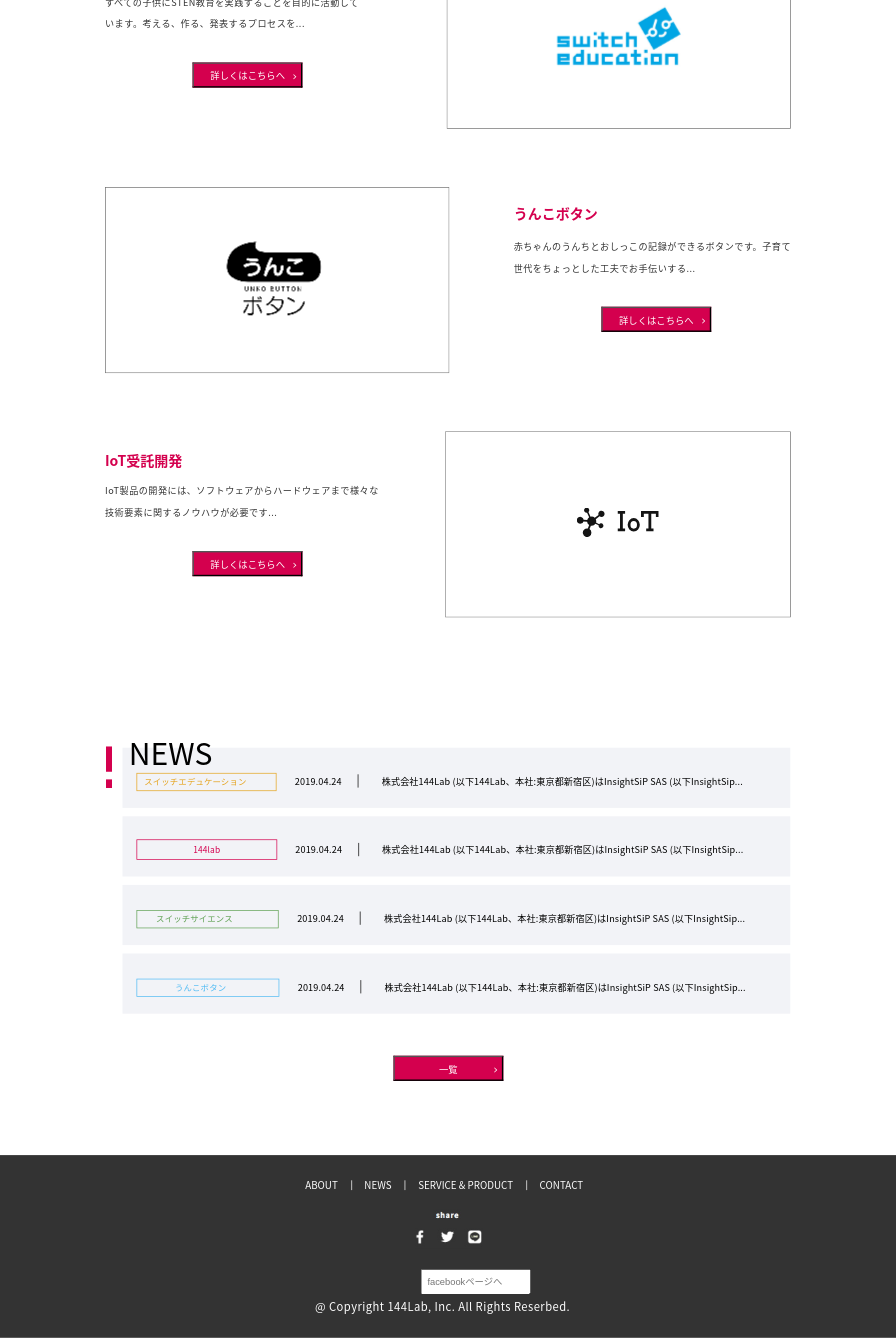
Repository: ppmp556/light-up-git
Page: index.html
An editor plug-in stored every save of this project. The page is shown before and after the next save, followed by the edit.
The browser window is 1280 px wide. The pictures show the part of the page from y = 2043 to 3963 px (the page is 3963 px tall), at 70% of full size.

Above is the page before, as saved 2019-12-27 21:18:12.

### index.html
<!DOCTYPE html>
<html lang="ja">
    <head>
        <meta charset="UTF-8">
        <meta name="viewport" content="width=device-width, initial-scale=1.0">
        <link rel="stylesheet" href="main.css/main.css"  type="text/css">
        <link rel="img" href="images.svg/">
        <title>模写</title>
    </head>
    <body>
        <header class="header">
                <img class="greenbox" src="images.svg/グループ 127.svg">
                <img class="small-redbox" src="images.svg/グループ 152.svg">
                <img class="redboxs" src="images.svg/グループ 148.svg">
                <img class="small-yellowbox" src="images.svg/グループ 149.svg">
                <img class="gray-boxs" src="images.svg/グループ 150.svg">
                <img class="middle-redbox" src="images.svg/グループ 151.svg">
                <img class="big-redbox" src="images.svg/グループ 153.svg">
                <img class="graybox" src="images.svg/グループ 147.svg">
                <h1><img class="nav-logo" src="images.svg/yEVqXX.svg" alt="144lab"></h1>
                <nav class="global-nav">


                        <ul class="nav-itembox">
                            <li><a href="#">ABOUT<br><span class="small">企業情報</span></a></li>
                            <li><a href="#">NEWS<br><span class="small">ニュース</span></a></li>
                            <li><a href="#">SERVICE & PRODUCT<br><span class="small">サービス&製品情報</span></a></li>
                            <li><a href="#">CONTACT<br><span class="small">お問い合わせ</span></a></li>
                        </ul>
                </nav>

                    <h1 class="site-title"><a href="#">Light Up  <br>Your <br>Science </a></h1>
                    <p class="site-title-sub">- 科学をともそう -<br>
                                                <span class="small2">イチヨンヨンラボ</span></p>

        </header>
        <main>
             <section class="about">
              <div class="about-container">
                <img class="exclamation" src="images.svg/グループ 145.svg">
                <h2 class="about-title">ABOUT</h2>
                <div class="about-box">
                                    <p class="about-text">私たちの社会は、10年前、100年前、あるいは1000年前よりも確実に進化しています。科学こそが社会を進化させ、幸せを
                                        つくり出したのだと信じています。科学は与えられるものではなく、私たち自身が開拓し、進化させていくものです。144Labは、
                                        科学に触れ、さらなる開拓と進化に参加する人々を、ちょっとだけお手伝いします。
                                    </p>
                 </div>
                 <button class="redbutton">企業情報</button>
               </div>
            </section>

            <section class="product">
                    <img class="exclamation-product" src="images.svg/グループ 145.svg">
                    <h2 class="product-title">SERVICE & PRODUCT</h2>
                    <ul class="product-wrapper">
                                <li class="product-box">
                                    <img class="product-image-switch" src="images.svg/logo-switch_science.svg">

                                    <div class="text-button">
                                    <h3 class="product-red">株式会社スイッチサイエンス</h3>
                                        <p class="product-text">
                                            最先端のテクノロジーを、より多くの人々が道具として当たり<br>
                                            前に使える世界を目指して活動しています...
                                        </p>
                                        <button class="redbutton2">詳しくはこちらへ</button>
                                    </div>
                            </li>
                                <li class="product-box">
                                    <img class="product-image-education" src="images.svg/logo-switch_education.svg">
                                    <div class="text-button">
                                        <h3 class="product-red2">株式会社スイッチエデュケーション</h3>
                                        <p class="product-text">
                                            すべての子供にSTEN教育を実践することを目的に活動して<br>
                                            います。考える、作る、発表するプロセスを...
                                        </p>
                                        <button class="redbutton2">詳しくはこちらへ</button>
                                    </div>
                                </li>
                                <li class="product-box">
                                    <img class="product-image-fit" src="images.svg/main_3648.fit-scale.svg">
                                    <div class="text-button">
                                        <h3 class="product-red">うんこボタン</h3>
                                            <p class="product-text">
                                                赤ちゃんのうんちとおしっこの記録ができるボタンです。子育て<br>
                                                世代をちょっとした工夫でお手伝いする...
                                            </p>
                                            <button class="redbutton2">詳しくはこちらへ</button>
                                    </div>
                                </li>

                                <li class="product-box">
                                    <img class="product-image-iot" src="images.svg/グループ 183.svg">
                                    <div class="text-button">
                                        <h3 class="product-red2">IoT受託開発</h3>
                                        <p class="product-text">
                                            IoT製品の開発には、ソフトウェアからハードウェアまで様々な<br>
                                            技術要素に関するノウハウが必要です...

                                        </p>
                                        <button class="redbutton2">詳しくはこちらへ</button>
                                　　　</div>
                                </li>
                    </ul>
        </section>
        <section class="news">
             <div class="news-container">

                <img class="exclamation" src="images.svg/グループ 145.svg">
                <h2 class="news-title">NEWS</h2>
                 <ul class="list">
                     <article>
                    <li class="list-item">
                        <div class="list-wrap">
                            <span class="category-education">スイッチエデュケーション</span>
                            <time class="date">2019.04.24</time>
                            <span class="category-news">株式会社144Lab (以下144Lab、本社:東京都新宿区)はInsightSiP SAS (以下InsightSip...</span>
                        </div>
                    </li>
                     </article>
                     <article>
                    <li class="list-item">
                        <div class="list-wrap">
                            <span class="category-lab">144lab</span>
                            <time class="date">2019.04.24</time>
                            <span class="category-news">株式会社144Lab (以下144Lab、本社:東京都新宿区)はInsightSiP SAS (以下InsightSip...</span>
                        </div>
                    </li>
                    </article>
                    <article>
                    <li class="list-item">
                        <div class="list-wrap">
                            <span class="category-sience">スイッチサイエンス</span>
                            <time class="date">2019.04.24</time>
                            <span class="category-news">株式会社144Lab (以下144Lab、本社:東京都新宿区)はInsightSiP SAS (以下InsightSip...</span>
                        </div>
                    </li>
                    </article>
                    <article>
                    <li class="list-item">
                        <div class="list-wrap">
                            <span class="category-fit">うんこボタン</span>
                            <time class="date">2019.04.24</time>
                            <span class="category-news">株式会社144Lab (以下144Lab、本社:東京都新宿区)はInsightSiP SAS (以下InsightSip...</span>
                        </div>
                    </li>
                    </article>
                </ul>
                <button class="redbutton3">一覧</button>
             </div>

        </section>
        </main>
        <footer class="footer">
            <nav>
                <ul class="footer-itembox">
                    <li>ABOUT</li>
                    <li>NEWS</li>
                    <li>SERVICE & PRODUCT</li>
                    <li>CONTACT</li>
                </ul>
            </nav>
              <div class="share-search">
                <img class="share-logo" src="images/logo-kamome_engineering.png">
                <img class="share-logo" src="images.svg/logo-kamome_engineering.svg">
                <input class="search-input" type="text" name="search" placeholder="  facebookページへ">
                <p class="copyright">@ Copyright 144Lab, Inc. All Rights Reserbed.</p>
            </div>
            </footer>
    </body>
</html>

### main.css/main.css
/*CSS共通*/
@charset "UTF-8";



html, body, div, span, applet, object, iframe,
h1, h2, h3, h4, h5, h6, p, blockquote, pre,
a, abbr, acronym, address, big, cite, code,
del, dfn, em, img, ins, kbd, q, s, samp,
small, strike, strong, sub, sup, tt, var,
b, u, i, center,
dl, dt, dd, ol, ul, li,
fieldset, form, label, legend,
table, caption, tbody, tfoot, thead, tr, th, td,
article, aside, canvas, details, embed,
figure, figcaption, footer, header, hgroup,
menu, nav, output, ruby, section, summary,
time, mark, audio, video,img {
	margin: 0;
	padding: 0;
	border: 0;
	font-style:normal;
	font-weight: normal;
	font-size: 100%;
	vertical-align: baseline;
}
article, aside, details, figcaption, figure,
footer, header, hgroup, menu, nav, section {
	display: block;
}
html{overflow-y: scroll;}
blockquote, q {quotes: none;}
blockquote:before, blockquote:after,q:before, q:after {content: ''; content: none;}
input, textarea {margin: 0; padding: 0;}
ol, ul{list-style:none;}
table{border-collapse: collapse; border-spacing:0;}
caption, th{text-align: left;}
a:focus {outline:none;}

body {
    color: #000000;
    background-color: #ffffff;
    font-family: "Noto Sans CJK JP";
    width: 1280px;
    margin-right: auto;
    margin-left : auto;
}

*,*::before, *::after {
    box-sizing: border-box;
}

a:link, a:visited, a:hover, a:active { /*テキストデフォルト下線外し*/
    text-decoration: none;
    color: black;
}


/*css共通ここまで*/

/*オブジェクト*/

.greenbox {
    position: absolute;
    top: -176px;
    left: 150px;
    opacity: 5;

}
.small-redbox {
    position: absolute;
    top: 255.2px;
    left: 603.2px;
}
.redboxs {
   position: absolute;
   top: 222.31px;
   left: 372.97px;

}

.small-yellowbox {
    position: absolute;
    top: 599.7px;
    left: 832.48px;
}
.gray-boxs {
    position: absolute;
    top: 124.2px;
    left: 881.85px;
}
.middle-redbox {
    position: absolute;
    top: 205.6px;
    left: 452.24px;

}
.big-redbox {
    position: absolute;
    top: 266.3px;
    left: 532.3px;
}
.graybox {
    top: 604.4px;
    left: 77.1px;
    position: absolute;
}

/*オブジェクトここまで*/

/*header*/
.header {
    position: relative;
    max-width: 1280px;
    height: 793px;
    background-color: #ffffff;
    text-align: center;
    margin: 0 150px;
}

    /*サイトタイトル*/
    .site-title {
        position: absolute;
        top: 209.5px;
        text-align: left;
        font-size: 76px;
        font-family: 'ITC Avant Garde Gothic';
        line-height: 1.14;
        letter-spacing: 0.075em;
    }
    .site-title a {
        text-decoration: none;
        color: #d4004e;
    }
    /*サイトタイトルここまで*/
    /*サイトサブタイトル*/
    .site-title-sub {
        color: #d4004e;
        position: absolute;
        font-weight: bold;
        font-size: 16px;
        line-height: 1.875;
        letter-spacing: 0.4em;

        top: 507px;
        left: 5px;
    }

    .small2 {
        font-size: 12px;
        font-weight: bold;
        letter-spacing: 0.4em;
        line-height: 2.5px;
    }
    /*サイトサブタイトルここまで*/

/*グローバルナビゲーション*/
.global-nav { /*ナビ大枠*/
    position: relative;
    top: 59px;
    width: 974.5px;
    height: 77px;
    background-color: #ffffff;
    margin: 20px;
    box-shadow: 4px 4px 1px rgba(0, 0, 0, 0.16);
    box-sizing: border-box;
}


.nav-logo { /*ナビのロゴ*/
    width: 168px;
    height: 34px;
    position: absolute;
    margin: 0;
    top: 80px;
    left: 37px;

}

.nav-itembox { /*ナビメニュー*/
    position: absolute;
    display: flex;
    width: 607px;
    height: 35px;
    top: 21px;
    left:  321px;
    padding: 0;
    margin: 0;
}

.nav-itembox li { /*ナビテキスト*/
    list-style: none;
    text-align: center;
    font-size: 14px;
    font-weight: normal;
    line-height: 1.5;
    flex-grow: 1; /*flexの余白分配比率指定*/
}

.nav-itembox  li + li:before { /*ナビの短い縦線,隣接セレクタ,疑似要素*/

    border-left: 1px solid #000000;
    position: absolute;
    display: block;
    content: "";
    top: 50%; /*縦方向に50%*/
    height: 14px;
    margin-top: -7px;

}

.small {
    font-size: 10px;


}


/*グローバルナビゲーションここまで*/

/*アバウトここから*/
.exclamation {
    position: relative;
    top: 119.6px;
    width: 9px;
    height: 60.41px;
}

.about {
    width: 1280px;
    height: 558px;
    position: relative;
    margin-bottom: 118.6px;


}

.about-container {
    top: 107.1px;
    right: 151px;
    width: 977.95px;
    height: 332.28px;
    position: absolute;
}

.about-box {
    position: relative;
    left: 24px;
    width: 953.95px;
    height: 282.5px;
    padding: 66px 55px 62.5px 66px;
    background-color: #f2f3f7;
    z-index: -1;

}

.about-title {
    position: relative;
    font-size: 43px;
    line-height: 1.3;
    width: 137px;
    height: 57px;
    top: 36px;
    margin-left: 23.9px;
}

/*
.about-title::before {
    width: 9px;
    height: 60.41px;
    content: "! ";
    color: #D4004E;
    position: absolute;
    left: -23.9px;

}
*/
.about-text {
    text-align: left;
    background-color: #f2f3f7;
    font-size: 17px;
    letter-spacing: 0.02em;
    line-height: 2.35;
    width: 833px;
    height: 154px;
}

button {
    background-color: #D4004E;
    color: #ffffff;
    font-family: "Noto Sans CJK JP";
}

.redbutton { /*赤ボタン大枠*/
    position: relative;
    font-size: 13px bold;

    justify-content: center;
    align-items: center;

    line-height: 1.3;
    left: 410.82px;
    width: 157.12px;
    height: 35.8px;
    display: inline-block;

    top: -17.9px;

}
.redbutton::before { /*疑似要素*/
    content: '';
    width: 5.31px;
    height: 5.31px;
    border-top: solid 1px #ffffff;
    border-right: solid 1px #ffffff;
    transform: rotate(45deg);/*rotateで要素回転指定,角度deg: 45°*/
    position: absolute;
    top: 50%;
    left: 139.9px;
}

/*アバウトここまで*/

/*プロダクトここから*/

.exclamation-product {
    position: relative;
    top: 83.8px;
    width: 9px;
    height: 60.41px;

}

.product { /*プロダクト大枠*/
    position: relative;
    width: 980px;
    height: 1426.28px;
    left: 150px;
    bottom: 50px;

}


.product-title { /*プロダクトタイトル*/
    position: relative;
    font-size: 43px;
    line-height: 1.3;

    left: 32.95px;

}

/*
.product-title::before {
    width: 9px;
    height: 60.41px;
    content: "! ";
    color: #D4004E;
    position: absolute;
    left: -23.9px;

}
*/

.product-wrapper {
    list-style: none;
    margin-top: 60px;

}

.product-box {
    display: flex;
    justify-content: space-between;

}


li.product-box:nth-child(even) {
    flex-direction: row-reverse;
}
/*スイッチサイエンス*/
.product-image-switch {
    border: 1px solid #707070;
    background-color: #ffffff;
    padding: 74px 106px 75.6px 117px;
    margin-bottom: 74px;
    z-index: 2;
}


/*スイッチエデュケーション*/
.product-image-education {
    border: 1px solid #707070;
    background-color: #ffffff;
    margin-bottom: 83px;
    padding: 72px 105px;
    z-index: 2;
}
/*うんこボタン*/
.product-image-fit {
    border: 1px solid #707070;
    background-color: #ffffff;
    margin-bottom: 83px;
    padding: 74px 106px 75.6px 117px;
}
/*IoT受託開発*/
.product-image-iot {
    border: 1px solid #707070;
    background-color: #ffffff;
    padding: 108.1px 188.4px 114.1px 187.3px;

}

/*プロダクト会社名*/
.product-red {
    position: relative;
    color: #D4004E;
    font-size: 20px;
    font-weight: bold;
    flex-direction: column;
    top: 23px;


}
.product-red2 {
    position: relative;
    color: #D4004E;
    font-size: 20px;
    font-weight: bold;
    flex-direction: column;
    top: 26px;


}


.product-text {
    color: #333333;
    font-size: 13px;
    letter-spacing: 0.055em;
    line-height: 2.38;
    margin-top: 41px;
    text-align: left;
}


.redbutton2 { /*product用赤ボタン大枠*/
    position: relative;
    font-size: 13px bold;
    display: inline-block;
    align-items: center;

    line-height: 1.3;
    left: 125.3px;
    width: 157.12px;
    height: 35.8px;

    top: 39.6px;
    margin-top: auto;

}

.redbutton2::before { /*疑似要素*/
    content: '';
    width: 5.31px;
    height: 5.31px;
    border-top: solid 1px #ffffff;
    border-right: solid 1px #ffffff;
    transform: rotate(45deg);/*rotateで要素回転指定,角度deg: 45°*/
    position: absolute;
    top: 50%;
    left: 139.9px;
}


/*プロダクトここまで*/
/*newsここから*/
.news { /*news大枠*/
    position: relative;
    width: 978px;
    height: 499.28px;
    left: 151px;
    top: 73.6px;
    margin-bottom: 181px;

}

.news-title { /*newsタイトル*/
    position: relative;
    font-size: 43px;
    line-height: 1.3;
    top: 35px;
    left: 32.95px;
}

/*
.news-title::before {
    width: 9px;
    height: 60.41px;
    content: "! ";
    color: #D4004E;
    position: absolute;
    left: -23.9px;

}
*/

.list{ /*履歴大枠*/
    border: #707070;
    list-style: none;
    position: relative;
    left: 24px;
    z-index: -1;

}



.list-item {
    height: 86px;
    width: 954px;
    margin-bottom: 12px;
    background: #f2f3f7;
    display: flex;

}


.list-wrap {
    position: relative;
    top: 33px;
    left: 20px;
    font-size: 13px;
    letter-spacing: 0.015em;
    line-height: 2.38;
    flex-grow: 1;
}


.date {
    padding-left: 23px;
    padding-right: 22.9px;
    border-right: 1px solid #000000;
}

.category-news {
    padding-left: 30.1px;
}


span.category-education {
    border: 1px solid #e5a31c;
    padding: 5px 42px 5px 10px;
    color: #e5a31c;
    font-size: 12px;
    font-family: "ITC Avant Garde Gothic";

}
span.category-lab {
    border: 1px solid #d4004e;
    padding: 5px 80px 5px 80px;
    color: #d4004e;
    font-size: 12px;
    font-family: "Noto Sans CJK JP";

}
span.category-sience {
    border: 1px solid #5fa153;
    padding: 5px 65px 5px 27px;
    color: #5fa153;
    font-size: 12px;
    font-family: "ITC Avant Garde Gothic";
}
span.category-fit {
    border: 1px solid #50bbf4;
    padding: 5px 75px 5px 54px;
    color: #50bbf4;
    font-size: 12px;
    font-family: "ITC Avant Garde Gothic";
}



.redbutton3 { /*news用ボタン*/
    position: relative;
    font-size: 13px bold;
    display: inline-block;
    align-items: center;

    line-height: 1.3;
    width: 157.12px;
    height: 35.8px;

    margin-top: 48.6px;
    left: 410.8px;



}

.redbutton3::before { /*疑似要素*/
    content: '';
    width: 5.31px;
    height: 5.31px;
    border-top: solid 1px #ffffff;
    border-right: solid 1px #ffffff;
    transform: rotate(45deg);/*rotateで要素回転指定,角度deg: 45°*/
    position: absolute;
    top: 50%;
    left: 139.9px;
}


/*newsここまで*/


/*footerここから*/
.footer {
    position: relative;
    width: 100%;
    height: 261px;
    background-color: #333333;
    top: 96.6px;
    bottom: 0;
}



.footer-itembox { /*フッターナビメニュー*/
    position: relative;
    display: flex;
    left:0;
    top: 32.9px;
    color: #ffffff;
    box-sizing: border-box;
    width: 435px;
    left: 417px;
}

.footer-itembox li { /*フッターナビテキスト*/
    list-style: none;
    text-align: center;
    font-size: 14px;
    font-weight: normal;
    line-height: 1.5;
    flex-grow: 1; /*flexの余白分配比率指定*/
}

.footer-itembox  li + li:before { /*フッターナビの短い縦線,隣接セレクタ,疑似要素*/

    border-left: 1px solid #ffffff;
    position: absolute;
    display: block;
    content: "";
    top: 50%; /*縦方向に50%*/
    height: 14px;
    margin-top: -7px;

}

.share-search {
    position: relative;

}
.share-logo {
    position: relative;
    top: 50.9px;
    left: 592px;
}

.search-input {
    position: relative;
    width: 157.12px;
    height: 35.8px;
    top: 102.9px;
    left: 400px;

}




.copyright { /*コピーライト*/
    font-size: 9px bold;
    color: #ffffff;
    line-height: 3.1;
    letter-spacing: 0.040em;
    position: absolute;
    top: 170.9px;
    left: 450px;

    padding-bottom: 28.9px;

}

/*footerここまで*/

After the next save:
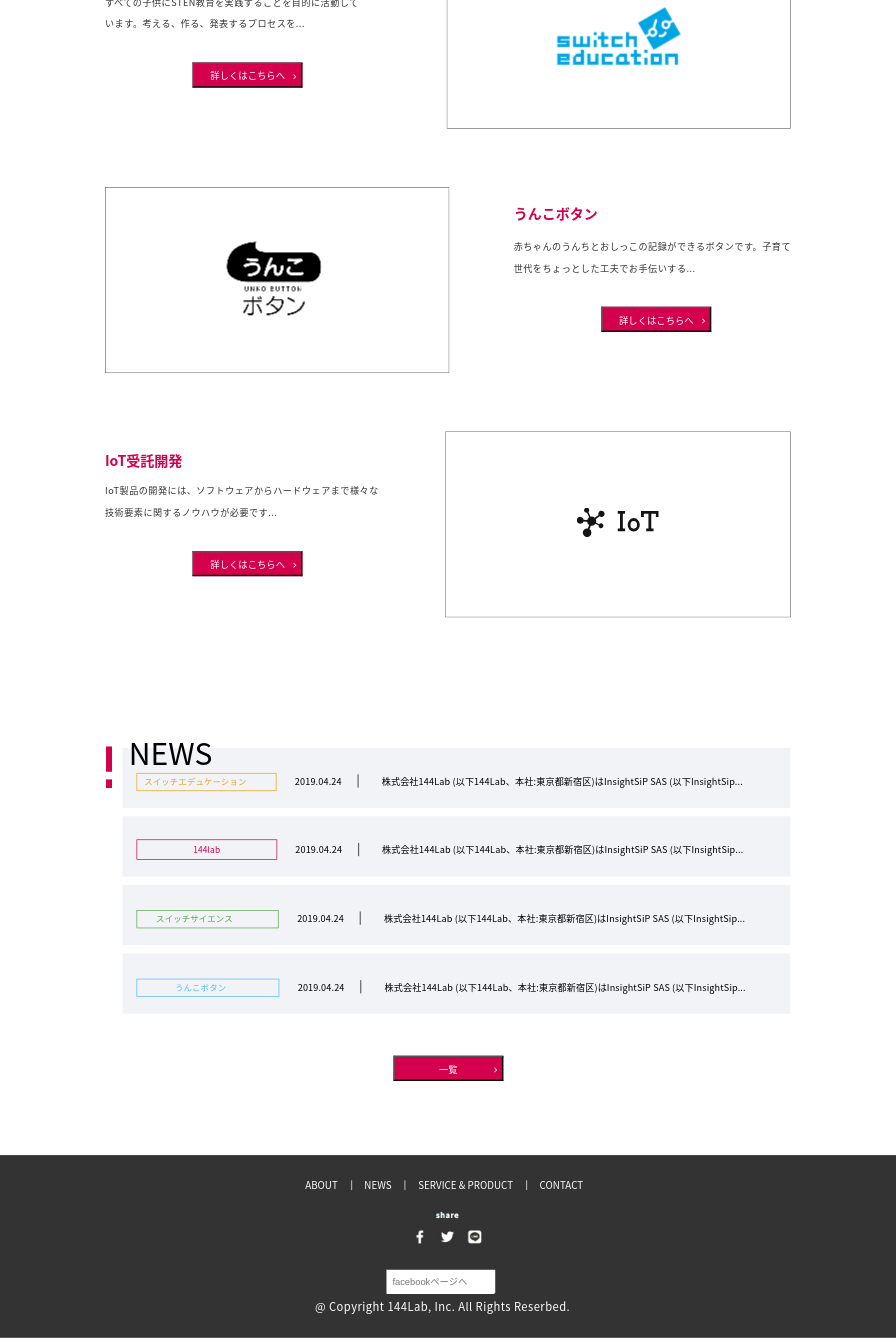
Saved 7 s later.
--- a/main.css/main.css
+++ b/main.css/main.css
@@ -673,7 +673,7 @@
     width: 157.12px;
     height: 35.8px;
     top: 102.9px;
-    left: 400px;
+    left: 350px;
 
 }
 
